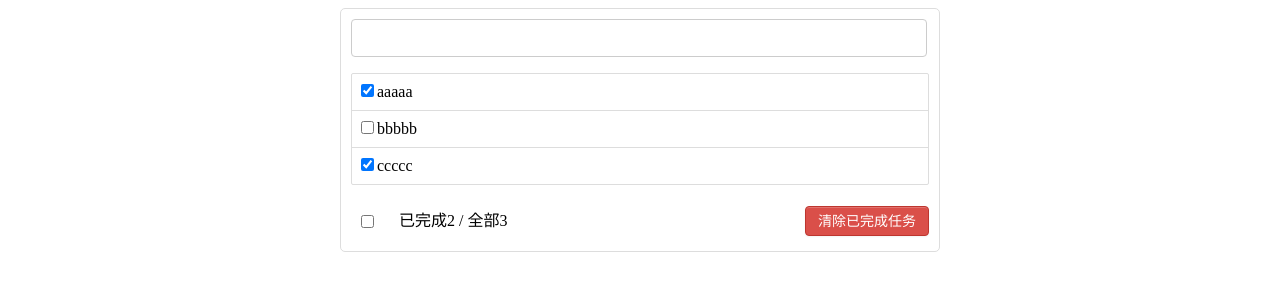
Repository: 319226862/wyy
Page: / (app in TodoList/)
The author's editor kept a copy of each file at every save. The page is drawn from the files as they stood at one save, then again after the next save.
The browser window is 1280 px wide. The pictures show the whole page.
The project was rebuilt for these pictures with package versions that can differ from the ones it lists, and the page was loaded fresh each time. Also part of the build but not shown: TodoList/vue.config.js.

Above is the page before, as saved 2023-06-21 09:24:18.

### TodoList/public/index.html
<!DOCTYPE html>
<html lang="">
  <head>
    <meta charset="utf-8">
    <!-- 针对IE游览器的一个特殊配置，让IE游览器以最高级别的渲染页面 -->
    <meta http-equiv="X-UA-Compatible" content="IE=edge">
    <meta name="viewport" content="width=device-width,initial-scale=1.0">
    <link rel="icon" href="<%= BASE_URL %>favicon.ico">
    <title><%= htmlWebpackPlugin.options.title %></title>
  </head>
  <body>
    <noscript>
      <strong>We're sorry but <%= htmlWebpackPlugin.options.title %> doesn't work properly without JavaScript enabled. Please enable it to continue.</strong>
    </noscript>
    <div id="app"></div>
    <!-- built files will be auto injected -->
  </body>
</html>

### TodoList/src/main.js
// 引入vue
import Vue from 'vue'
// 引入App组件，他所有组件的父组件
import App from './App.vue'

// 关闭vue生产提示
Vue.config.productionTip = false

// 创建vue实例对象--vm
new Vue({
  render: h => h(App),
}).$mount('#app')

### TodoList/src/App.vue
<template>
  <div id="root">
    <div class="todo-container">
      <div class="todo-wrap">
        <MyHeader :receive="receive"/>
        <MyList :todos="todos" :checkTodo="checkTodo" :handleDelete="handleDelete"/>
        <MyFooter :deleteAllTodo="deleteAllTodo" :todos="todos" :checkAllTodo="checkAllTodo"/>
      </div>
    </div>
  </div>
</template>

<script>
import MyHeader from './components/MyHeader.vue'
import MyFooter from './components/MyFooter.vue'
import MyList from './components/MyList.vue'
export default {
  name:'App',
  data(){
    return{
      todos:[
        {id:'001',title:'aaaaa',done:true},
        {id:'002',title:'bbbbb',done:false},
        {id:'003',title:'ccccc',done:true}
      ]
    }
  },
  components:{
    MyHeader,
    MyList,
    MyFooter
  },
  methods: {
    receive(x) {
      // console.log("接收数据", x)
      this.todos.unshift(x)
    },
    // 数据在那，操作数据在哪
    checkTodo(id){
      this.todos.forEach((todo)=>{
        if(todo.id === id) todo.done = !todo.done
      })
    },
    handleDelete(id){
      this.todos = this.todos.filter((todo)=>{
        return todo.id !== id
      })
    },
    checkAllTodo(done){
      this.todos.forEach((todo)=>{todo.done = done})
    },
    deleteAllTodo(){
      this.todos = this.todos.filter((todo)=>{
        return !todo.done
      })
    }
  }
}
</script>
<style>
/*base*/
body {
  background: #fff;
}

.btn {
  display: inline-block;
  padding: 4px 12px;
  margin-bottom: 0;
  font-size: 14px;
  line-height: 20px;
  text-align: center;
  vertical-align: middle;
  cursor: pointer;
  box-shadow: inset 0 1px 0 rgba(255, 255, 255, 0.2), 0 1px 2px rgba(0, 0, 0, 0.05);
  border-radius: 4px;
}

.btn-danger {
  color: #fff;
  background-color: #da4f49;
  border: 1px solid #bd362f;
}

.btn-danger:hover {
  color: #fff;
  background-color: #bd362f;
}

.btn:focus {
  outline: none;
}

.todo-container {
  width: 600px;
  margin: 0 auto;
}
.todo-container .todo-wrap {
  padding: 10px;
  border: 1px solid #ddd;
  border-radius: 5px;
}






</style>

### TodoList/src/components/MyHeader.vue
<template>
  <div class="todo-header">
    <input type="text" @keyup.enter="add" v-model="title" />
  </div>
</template>

<script>
import { nanoid } from "nanoid";

export default {
  name: "MyHeader",
  data() {
    return {
      title: ""
    };
  },
  props: ['receive'],
  methods: {
    add() {
      // 如果title的输入为空，直接return结束函数
      // trim 前后不能为空格
      if (!this.title.trim()) return
      // 将输入包装成todolist的格式
      const a = {id: nanoid(),title: this.title,done: false};
      this.receive(a)
      this.title = ''
    }
  }
};
</script>

<style scoped>
/*header*/
.todo-header input {
  width: 560px;
  height: 28px;
  font-size: 14px;
  border: 1px solid #ccc;
  border-radius: 4px;
  padding: 4px 7px;
}

.todo-header input:focus {
  outline: none;
  border-color: rgba(82, 168, 236, 0.8);
  box-shadow: inset 0 1px 1px rgba(0, 0, 0, 0.075),
    0 0 8px rgba(82, 168, 236, 0.6);
}
</style>

### TodoList/src/components/MyFooter.vue
<template>
  <div class="todo-footer" v-show="total">
    <label>
      <input type="checkbox" @click="checkAll" :checked="isAll"/>
    </label>
    <span>
      <span>已完成{{ downTotal }}</span> / 全部{{ total }}
    </span>
    <button class="btn btn-danger" @click="deleteAll">清除已完成任务</button>
  </div>
</template>

<script>
export default {
  name:'MyFooter',
  props:['todos','checkAllTodo','deleteAllTodo'],
  computed:{
    downTotal(){
      // let i = 0
      // this.todos.forEach((todo)=>{
      //   if(todo.done) i++
      // })
      // return i
      return this.todos.reduce((pre,todo)=>pre+(todo.done?1:0),0)
    },
    total(){
      return this.todos.length
    },
    isAll(){
      return this.downTotal === this.total && this.total>0
    }
  },
  methods:{
    checkAll(e){
      // console.log(e.target.checked)
      // if(e.target.checked)
      this.checkAllTodo(e.target.checked)
    },
    deleteAll(){
      this.deleteAllTodo()
    }
  }
}
</script>

<style scoped>
/*footer*/
.todo-footer {
  height: 40px;
  line-height: 40px;
  padding-left: 6px;
  margin-top: 5px;
}

.todo-footer label {
  display: inline-block;
  margin-right: 20px;
  cursor: pointer;
}

.todo-footer label input {
  position: relative;
  top: -1px;
  vertical-align: middle;
  margin-right: 5px;
}

.todo-footer button {
  float: right;
  margin-top: 5px;
}
</style>

### TodoList/src/components/MyList.vue
<template>
  <ul class="todo-main">
    <MyItem v-for="todoObj in todos" :key="todoObj.id" :handleDelete="handleDelete" :checkTodo="checkTodo" :todo="todoObj"/>
  </ul>
</template>

<script>
import MyItem from './MyItem.vue'
export default {
    name:'MyList',
    components:{
      MyItem
  },
    props:['todos','checkTodo','handleDelete']
    // data(){
    //   return {
    //     todos:[
    //       {id:'001',title:'aaaaa',done:true},
    //       {id:'002',title:'bbbbb',done:false},
    //       {id:'003',title:'ccccc',done:true}
    //     ]
    //   }
    // }
}
</script>

<style scoped>
/*main*/
.todo-main {
  margin-left: 0px;
  border: 1px solid #ddd;
  border-radius: 2px;
  padding: 0px;
}

.todo-empty {
  height: 40px;
  line-height: 40px;
  border: 1px solid #ddd;
  border-radius: 2px;
  padding-left: 5px;
  margin-top: 10px;
}
</style>

### TodoList/src/components/MyItem.vue
<template>
  <li>
    <label>
      <input type="checkbox" :checked="todo.done" @change="handleCheck(todo.id)"/>
      <span>{{ todo.title }}</span>
    </label>
    <button class="btn btn-danger" @click="deleteTodo(todo.id)">删除</button>
  </li>
</template>

<script>
export default {
    name:'MyItem',
    // 声明接收对象
    props:['todo','checkTodo','handleDelete'],
    // mounted(){
    //   console.log(this.todo)
    // }
    methods: {
      handleCheck(id){
        // 将对应todo对象的done值取反
        this.checkTodo(id)
      },
      deleteTodo(id){
        if(confirm('是否删除？')){
          // console.log(id)
          this.handleDelete(id)
        }
      }
    }
}
</script>

<style scoped>

/*item*/

li {
  list-style: none;
  height: 36px;
  line-height: 36px;
  padding: 0 5px;
  border-bottom: 1px solid #ddd;
}

li label {
  float: left;
  cursor: pointer;
}

li label li input {
  vertical-align: middle;
  margin-right: 6px;
  position: relative;
  top: -1px;
}

li button {
  float: right;
  margin-top: 3px;
  display: none;
}

li:before {
  content: initial;
}

li:last-child {
  border-bottom: none;
}

li:hover{
  background-color: #ddd;
}
li:hover button{
  display: block;
}
</style>

After the next save:
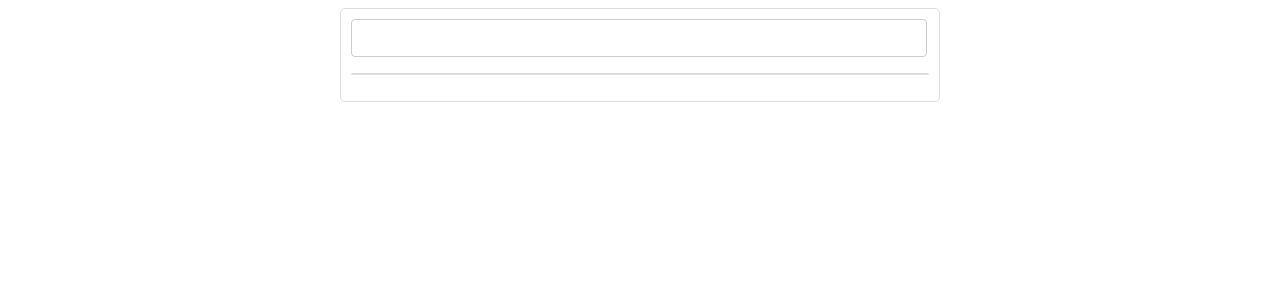
Saved 20 min 39 s later.
--- a/TodoList/src/App.vue
+++ b/TodoList/src/App.vue
@@ -19,9 +19,9 @@ export default {
   data(){
     return{
       todos:[
-        {id:'001',title:'aaaaa',done:true},
-        {id:'002',title:'bbbbb',done:false},
-        {id:'003',title:'ccccc',done:true}
+        // {id:'001',title:'aaaaa',done:true},
+        // {id:'002',title:'bbbbb',done:false},
+        // {id:'003',title:'ccccc',done:true}
       ]
     }
   },
@@ -53,6 +53,11 @@ export default {
       this.todos = this.todos.filter((todo)=>{
         return !todo.done
       })
+    }
+  },
+  watch:{
+    todos(value){
+      localStorage.setItem('todos',JSON.stringify(value))
     }
   }
 }
